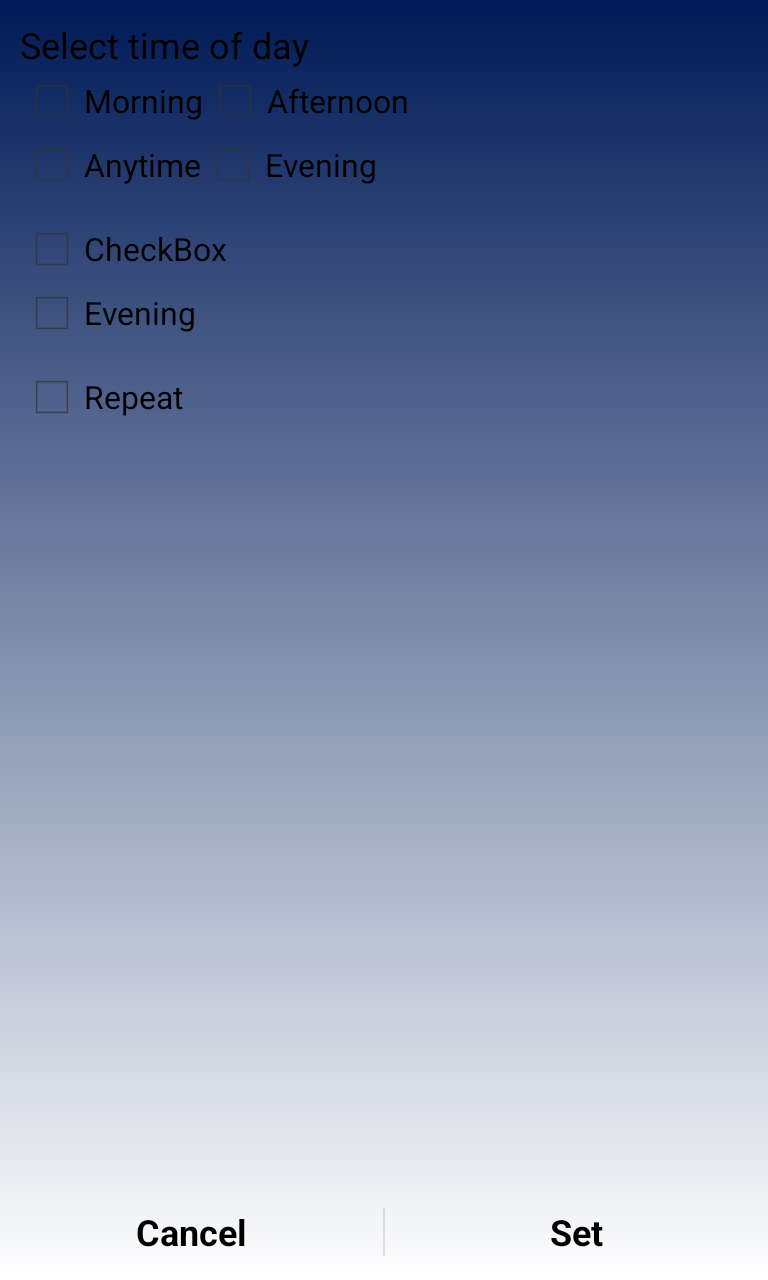
Repository: duke-compsci408-fall2014/GlassRx
Layout: AndroidRx/res/layout/fragment_new_prescription.xml
An editor plug-in stored every save of this project. The layout is shown before and after a run of saves, followed by the edit.
It is drawn on a 768 x 1280 px phone screen (xhdpi) without system bars, with theme AppTheme; the app's code is not run. The app's manifest (not shown) leaves right-to-left support off. So textAlignment, textDirection and layoutDirection are ignored, and left and right values win over start and end ones.

Above is the layout before, as saved 2014-12-10 17:44:41.

After the next 2 saves:
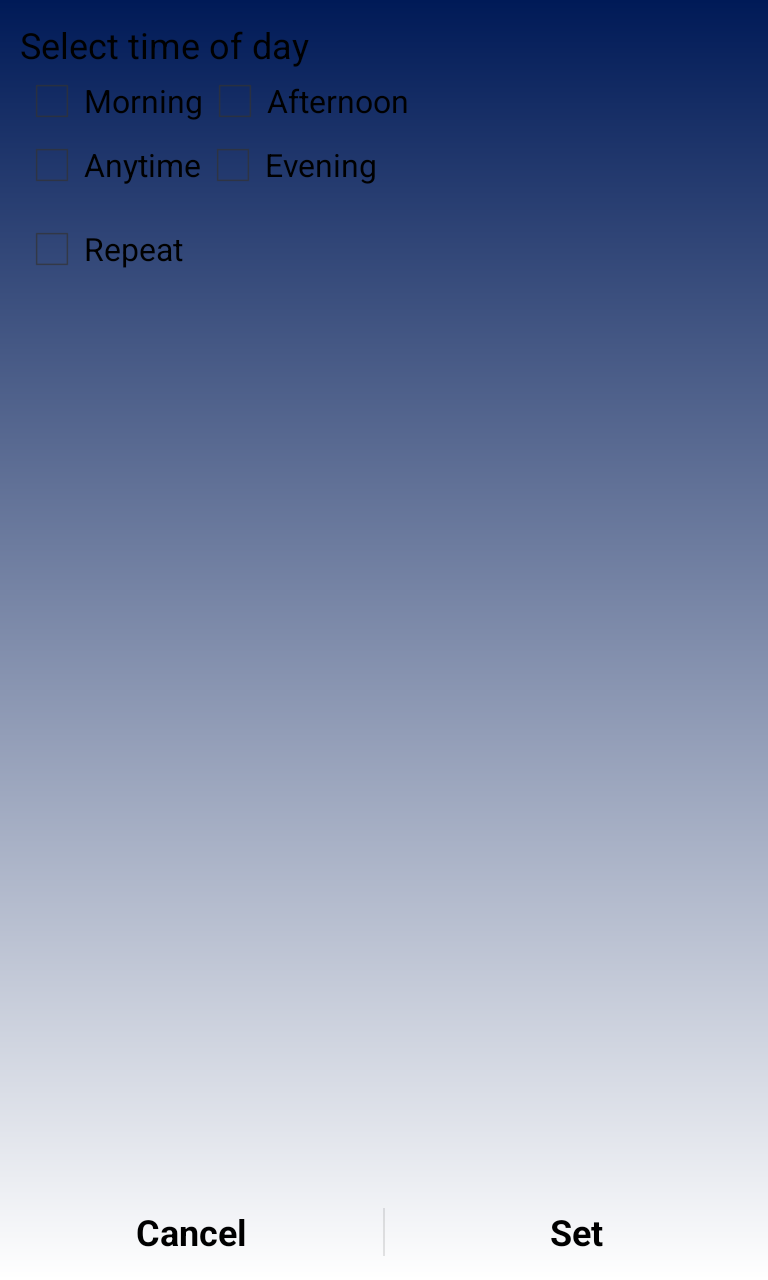
The 2 saves are shown as one change because they came seconds apart.
The last was saved 14 s later.
--- a/AndroidRx/res/layout/fragment_new_prescription.xml
+++ b/AndroidRx/res/layout/fragment_new_prescription.xml
@@ -3,7 +3,7 @@
     android:layout_width="match_parent"
     android:layout_height="match_parent" >
 
-    <LinearLayout
+  	<LinearLayout
 	    android:layout_width="match_parent"
 	    android:layout_height="match_parent"
 	    android:orientation="vertical"
@@ -63,18 +63,7 @@
 
 	    </LinearLayout>
 
-	    <CheckBox
-	        android:id="@+id/checkBox1"
-	        android:layout_width="wrap_content"
-	        android:layout_height="wrap_content"
-	        android:text="CheckBox" />
 
-	    <CheckBox
-	        android:id="@+id/checkbox_evening"
-	        android:layout_width="wrap_content"
-	        android:layout_height="wrap_content"
-   	        android:layout_marginBottom="10dp"
-	        android:text="@string/evening" />
 
 	    <CheckBox
 	        android:id="@+id/checkbox_repeat"
